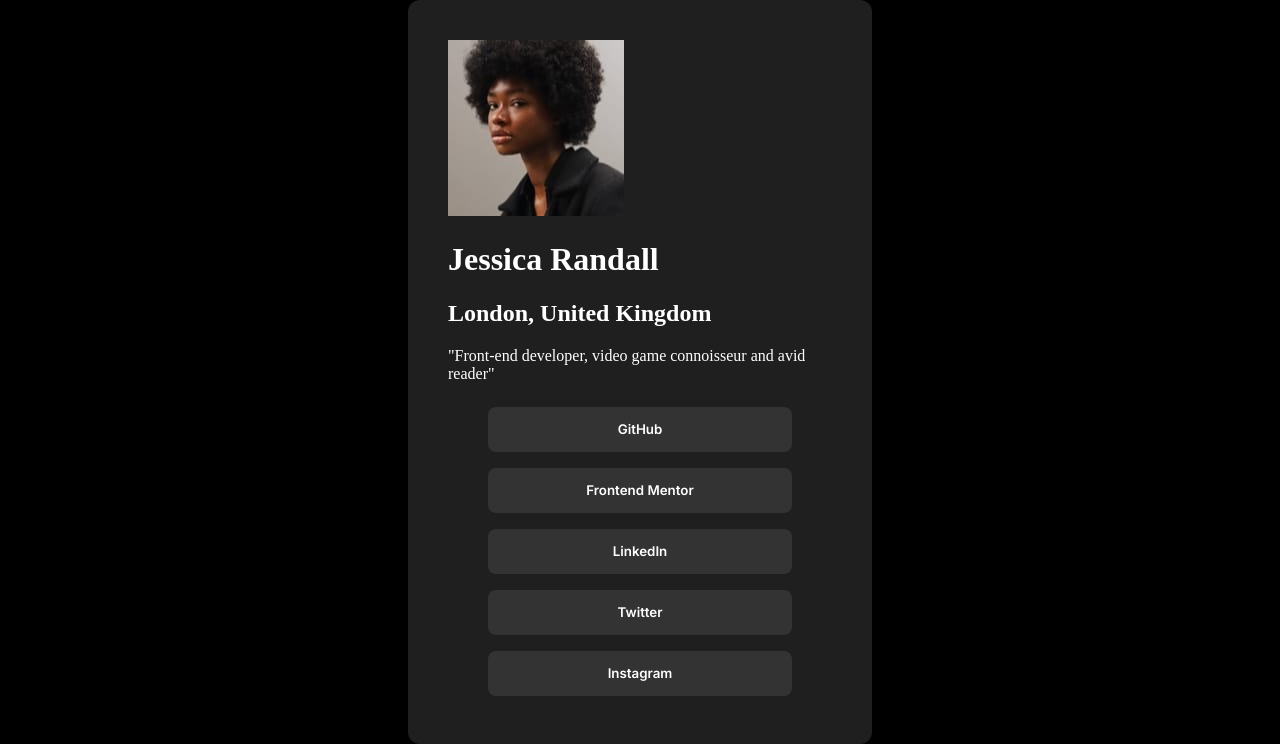
Repository: brandontaylor1/social-links-profile
Page: index.html
An editor plug-in stored every save of this project. The page is shown before and after the next save, followed by the edit.
The browser window is 1280 px wide. The pictures show the whole page.

Above is the page before, as saved 2024-12-25 17:12:39.

After the next save:
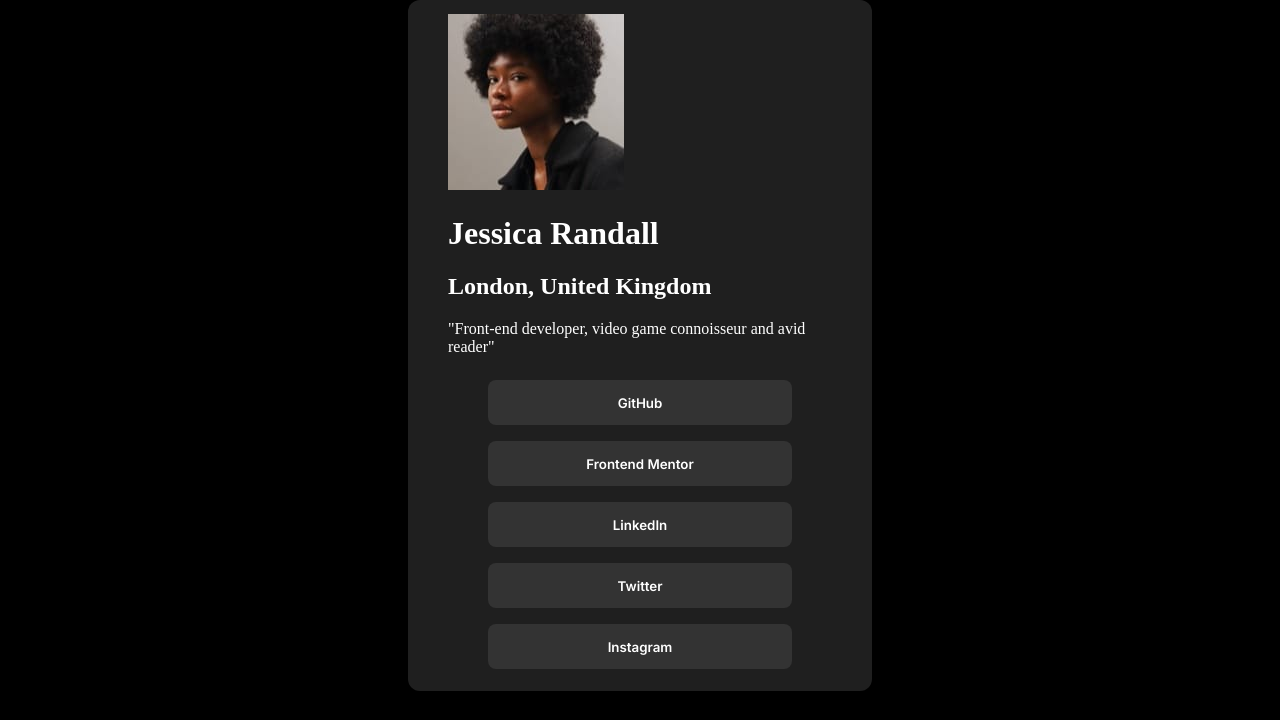
Saved 5 s later.
--- a/styles.css
+++ b/styles.css
@@ -31,7 +31,7 @@ body {
     border-radius: 12px;
     padding: 40px;
     width: 384px;
-    height:
+    height: 611px;
 }
 
 
